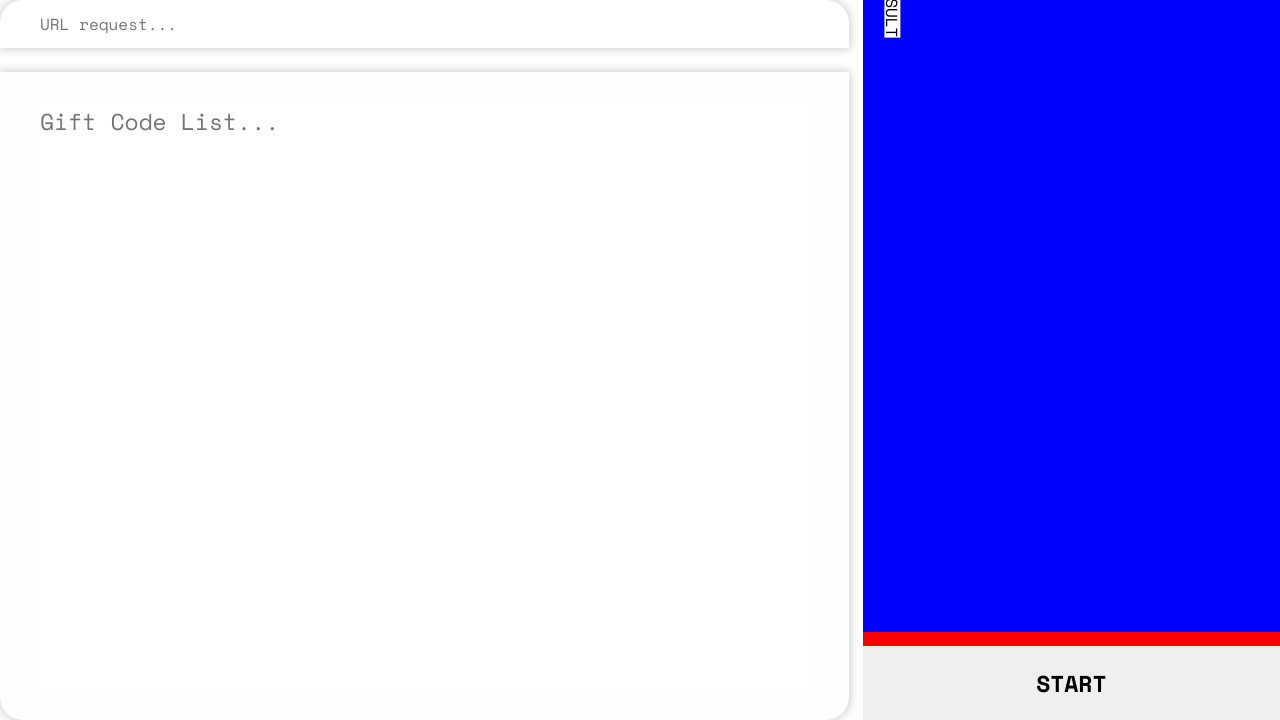
Repository: 777hanh777hanh/test
Page: index.html
These files come from the project's save history. The page is drawn as it stood at one moment and after the next save; the edit follows.
The browser window is 1280 px wide. The pictures show the whole page.

Above is the page before, as saved 2023-06-30 17:43:55.

### index.html
<!DOCTYPE html>
<html lang="en">
    <head>
        <meta charset="UTF-8" />
        <meta name="viewport" content="width=device-width, initial-scale=1.0" />
        <title>Request API</title>
        <!-- Fonts -->
        <link rel="preconnect" href="https://fonts.googleapis.com" />
        <link rel="preconnect" href="https://fonts.gstatic.com" crossorigin />
        <link
            href="https://fonts.googleapis.com/css2?family=Space+Mono:wght@400;700&display=swap"
            rel="stylesheet"
        />
        <!-- CSS -->
        <link rel="stylesheet" href="./assets/css/reset.css" />
        <link rel="stylesheet" href="./assets/css/style.css" />
    </head>
    <body>
        <div class="inner">
            <!-- Input URL -->
            <div class="url-block">
                <input type="text" name="" id="url" class="url" placeholder="URL request..."></input>
            </div>
            <!-- Text Area -->
            <div class="giftCode-block">
                <textarea name="" id="giftCode" class="giftCode" placeholder="Gift Code List..."></textarea>
            </div>

            <!-- Result Block -->
            <div class="result-block">
                <div class="result"></div>
                <button class="btn">Start</button>
            </div>
        </div>
        <script src="./assets/js/main.js"></script>
    </body>
</html>

### assets/css/reset.css
html,
body,
div,
span,
applet,
object,
iframe,
h1,
h2,
h3,
h4,
h5,
h6,
p,
blockquote,
pre,
a,
abbr,
acronym,
address,
big,
cite,
code,
del,
dfn,
em,
img,
ins,
kbd,
q,
s,
samp,
small,
strike,
strong,
sub,
sup,
tt,
var,
b,
u,
i,
center,
dl,
dt,
dd,
ol,
ul,
li,
fieldset,
form,
label,
legend,
table,
caption,
tbody,
tfoot,
thead,
tr,
th,
td,
article,
aside,
canvas,
details,
embed,
figure,
figcaption,
footer,
header,
hgroup,
menu,
nav,
output,
ruby,
section,
summary,
time,
mark,
audio,
video {
    margin: 0;
    padding: 0;
    border: 0;
    font-size: 100%;
    font: inherit;
    vertical-align: baseline;
}
/* HTML5 display-role reset for older browsers */
article,
aside,
details,
figcaption,
figure,
footer,
header,
hgroup,
menu,
nav,
section {
    display: block;
}
body {
    line-height: 1;
}
ol,
ul {
    list-style: none;
}
blockquote,
q {
    quotes: none;
}
blockquote:before,
blockquote:after,
q:before,
q:after {
    content: '';
    content: none;
}
table {
    border-collapse: collapse;
    border-spacing: 0;
}

button,
input,
textarea,
[tabindex] {
    outline: none;
    border: none;
    font-family: inherit;
}

a {
    text-decoration: none;
}

### assets/css/style.css
:root {
    --text-color: #333;
    --font-family: 'Space Mono', monospace;
}

* {
    padding: 0;
    margin: 0;
    box-sizing: border-box;
}

html {
    font-size: 62.5%;
}

body {
    min-height: 100vh;
    font-family: var(--font-family, 'system-ui');
    -webkit-font-smoothing: antialiased;
    -moz-osx-font-smoothing: grayscale;
    font-size: 1.6rem;
    overflow: overlay;
    background: #fefefe;
}

html *::-webkit-scrollbar {
    border-radius: 0;
    width: 8px;
}
html *::-webkit-scrollbar-thumb {
    border-radius: 4px;
    background-color: rgba(22, 24, 35, 0.06);
}
html *::-webkit-scrollbar-track {
    border-radius: 0;
    background-color: rgba(0, 0, 0, 0);
}

/* CSS */
.inner {
    min-height: 100vh;
    display: grid;
    grid-template-columns: repeat(3, 1fr);
    grid-template-rows: auto 3fr;
    grid-template-areas:
        'url url result'
        'giftCode giftCode result';
    column-gap: 14px;
    row-gap: 24px;
}

/* Input Block */
.url-block {
    grid-area: url;
}

.url {
    display: block;
    padding: 12px 40px;
    width: 100%;
    height: 100%;
    font-size: 1.6rem;
    border-radius: 23px 23px 0 0;
    box-shadow: 0 0 10px 1px #ccc;
}

.giftCode-block {
    grid-area: giftCode;
    padding: 32px 40px;
    border-radius: 0 0 23px 23px;
    box-shadow: 0 0 10px 1px #ccc;
}

.giftCode {
    display: block;
    width: 100%;
    height: 100%;
    font-size: 2.3rem;
    font-family: var(--font-family, 'monospace');
    resize: none;
}

.result-block {
    grid-area: result;
    display: flex;
    flex-direction: column;
    background: red;
    row-gap: 14px;
}

.result {
    position: relative;
    flex-grow: 1;
    background-color: blue;
}

.result::before {
    position: absolute;
    display: inline-block;
    content: 'Result';
    text-transform: uppercase;
    background: #fff;
    transform: rotate(90deg);
    overflow: visible;
}

.btn {
    padding: 20px;
    font-size: 2.3rem;
    font-weight: 700;
    text-transform: uppercase;
}

.btn:hover {
    cursor: pointer;
}

Loaded but not shown: assets/js/main.js (no stored copy; drawn as an empty file)

After the next save:
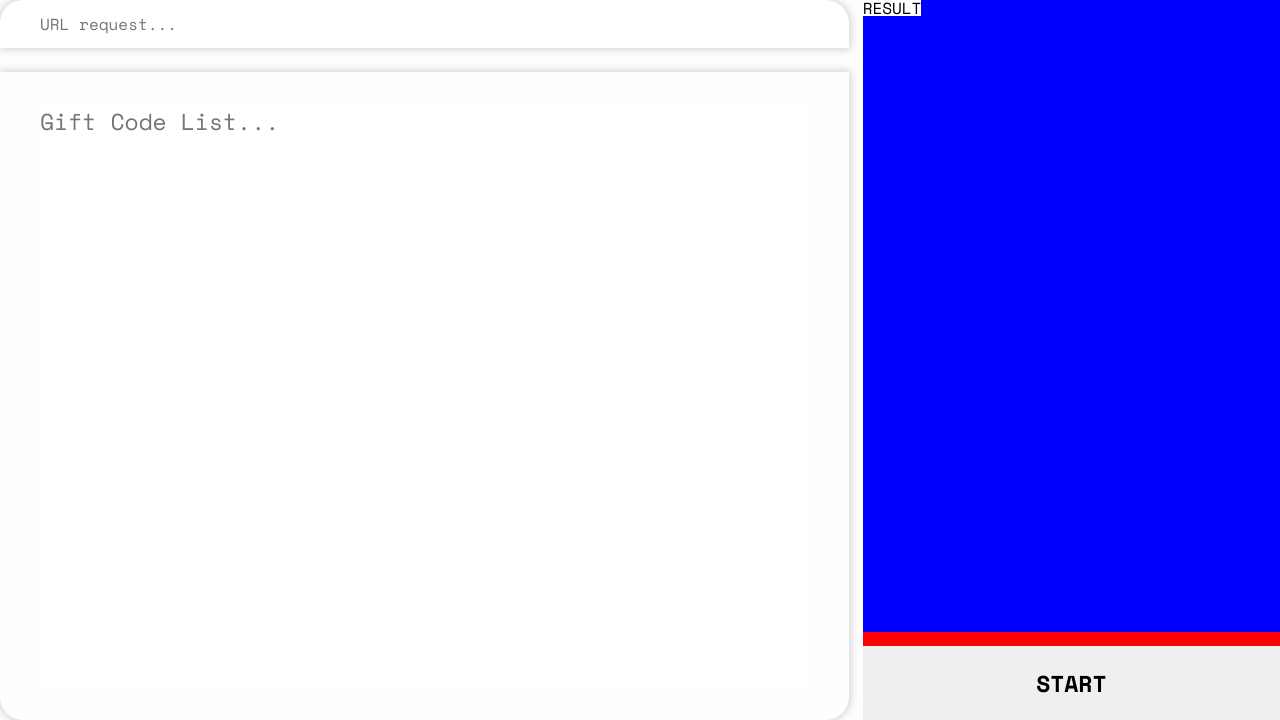
Saved 8 s later.
--- a/assets/css/style.css
+++ b/assets/css/style.css
@@ -100,7 +100,7 @@
     content: 'Result';
     text-transform: uppercase;
     background: #fff;
-    transform: rotate(90deg);
+    /* transform: rotate(90deg); */
     overflow: visible;
 }
 

After the save that followed:
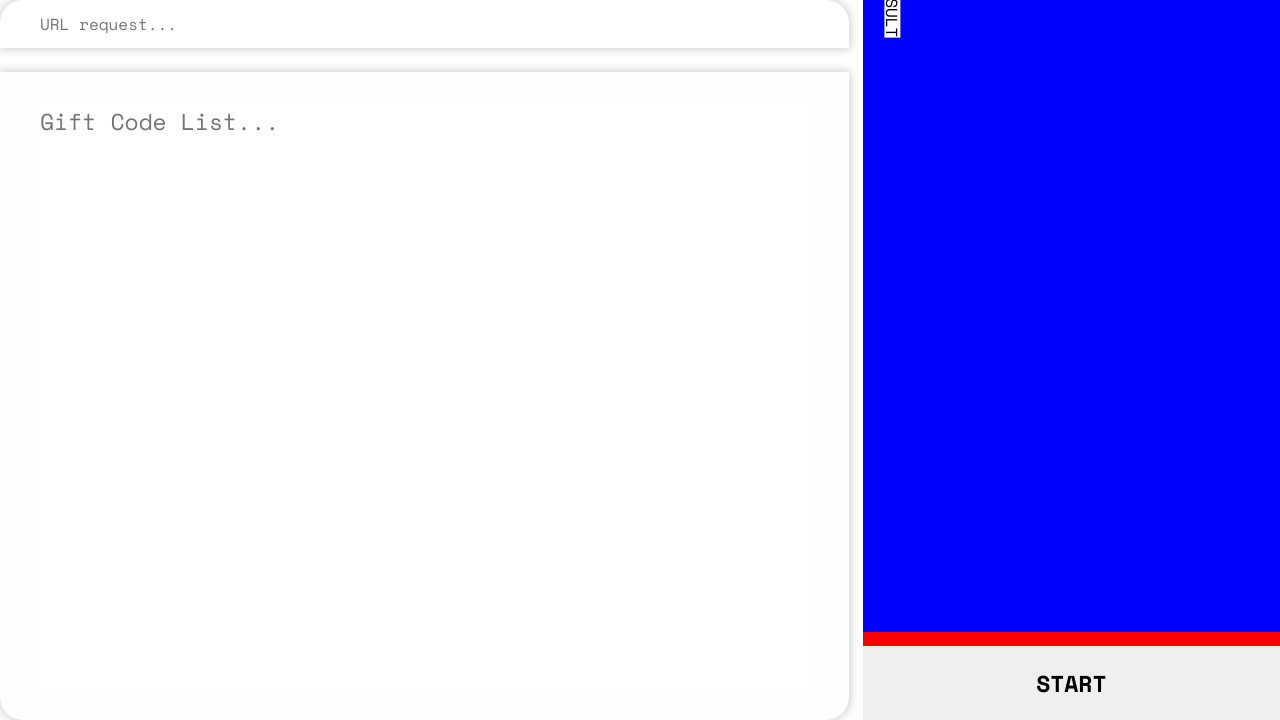
Saved 4 s later.
--- a/assets/css/style.css
+++ b/assets/css/style.css
@@ -100,7 +100,7 @@
     content: 'Result';
     text-transform: uppercase;
     background: #fff;
-    /* transform: rotate(90deg); */
+    transform: rotate(90deg);
     overflow: visible;
 }
 
